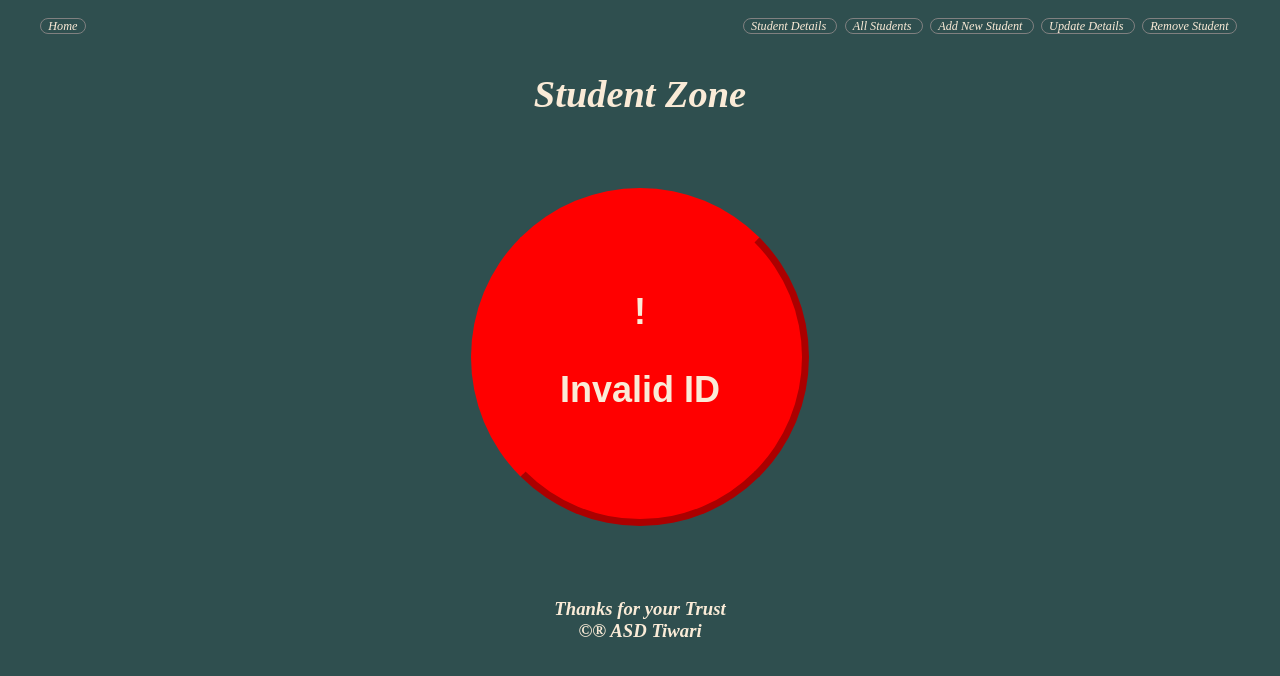
Repository: asdtiwari/Practice
Page: http://localhost/invalid
These files come from the project's save history. The page is drawn as it stood at one moment and after the next save; the edit follows.
The browser window is 1280 px wide. The pictures show the whole page.
The page is this project's Thymeleaf template; nobody is signed in. The template is opened directly, without the code that normally fills it, so the values that code supplies are empty.

Above is the page before, as saved 2023-11-17 01:27:34.

After the next save:
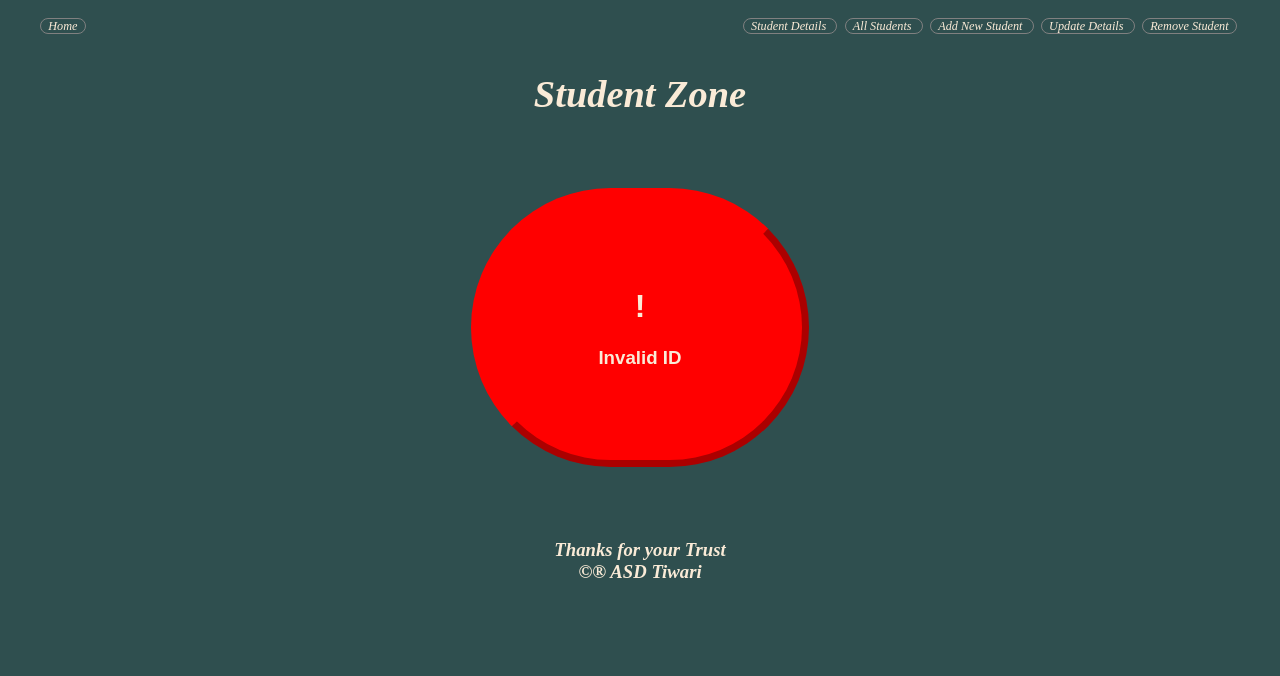
Saved 73 s later.
--- a/DiwaliProjectSTS/studentZone/src/main/resources/templates/invalid.html
+++ b/DiwaliProjectSTS/studentZone/src/main/resources/templates/invalid.html
@@ -79,7 +79,6 @@
             .error{
                 font-family: sans-serif;
                 font-style: normal;
-                font-size: 5vh;
             }
 
             .footer{
